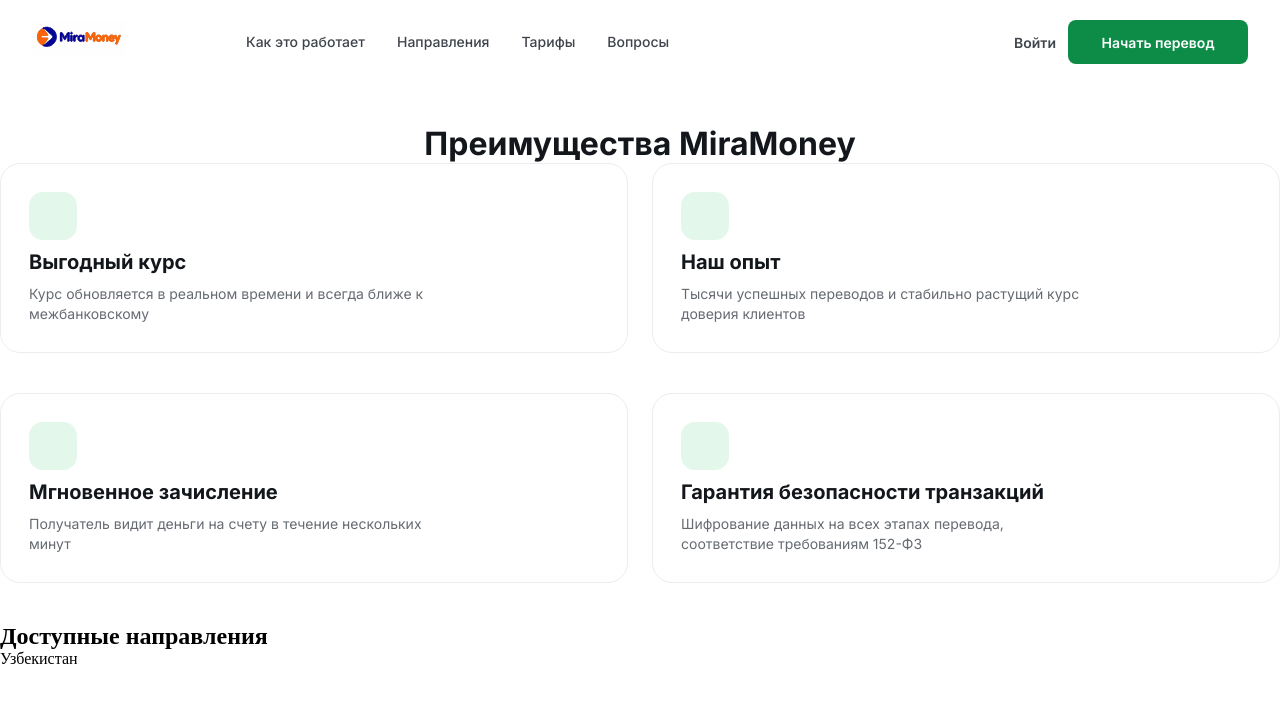
Repository: Shaiyr1/mira-money
Page: index.html
An editor plug-in stored every save of this project. The page is shown before and after a run of saves, followed by the edit.
The browser window is 1280 px wide. The pictures show the whole page.

Above is the page before, as saved 2026-10-20 16:41:59.

After the next 2 saves:
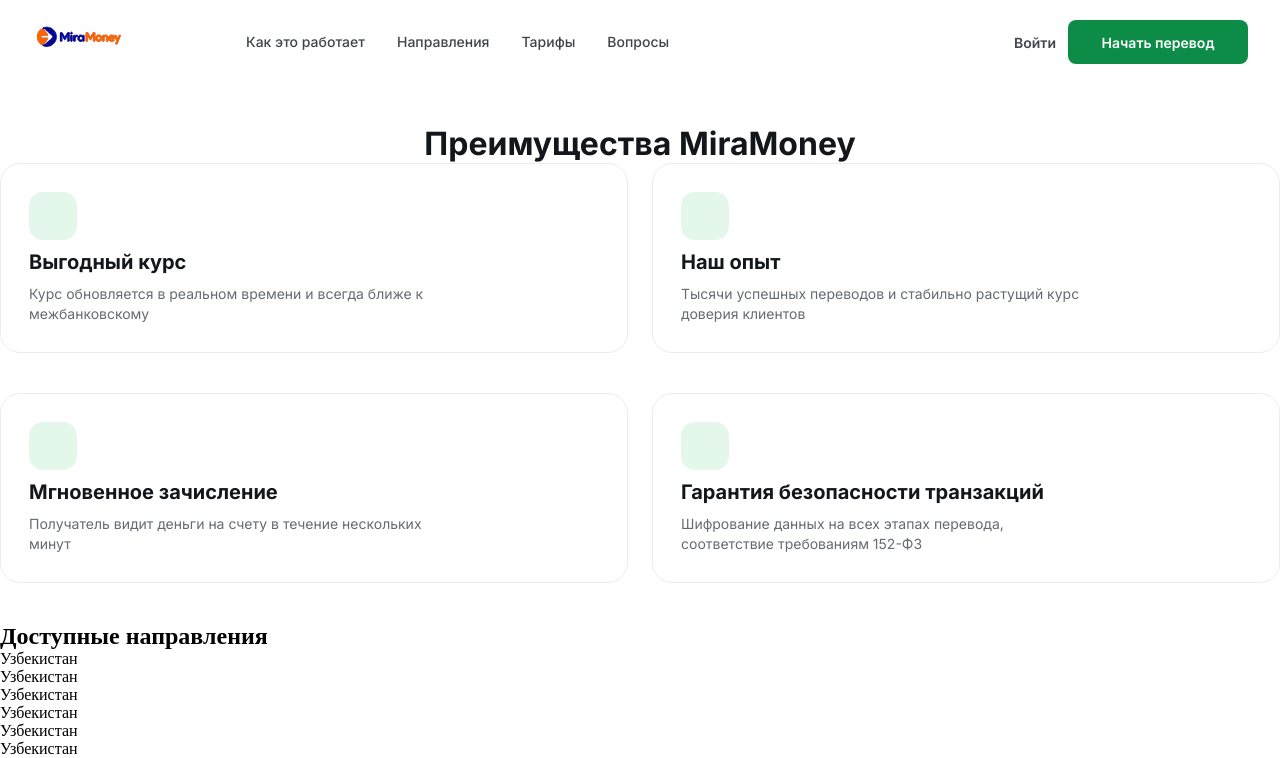
The 2 saves are shown as one change because they came seconds apart.
The last was saved 27 s later.
--- a/index.html
+++ b/index.html
@@ -77,6 +77,21 @@
                     <div class="description-item">
                         <p class="description-item__country">Узбекистан</p>
                     </div>
+                    <div class="description-item">
+                        <p class="description-item__country">Узбекистан</p>
+                    </div>
+                    <div class="description-item">
+                        <p class="description-item__country">Узбекистан</p>
+                    </div>
+                    <div class="description-item">
+                        <p class="description-item__country">Узбекистан</p>
+                    </div>
+                    <div class="description-item">
+                        <p class="description-item__country">Узбекистан</p>
+                    </div>
+                    <div class="description-item">
+                        <p class="description-item__country">Узбекистан</p>
+                    </div>
                 </div>
             </div>
         </section>
